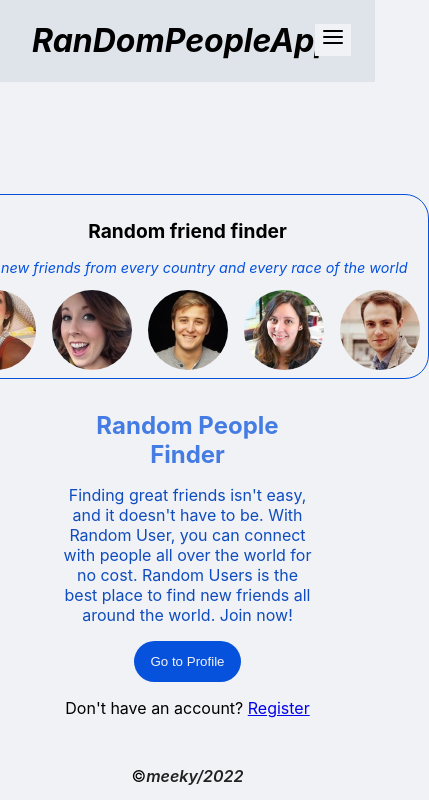
Repository: MikkyPrestige/RandomProfiles
Page: /
The author's editor kept a copy of each file at every save. The page is drawn from the files as they stood at one save, then again after the next save.
The browser window is 375 px wide. The page is 429 px wide, then 375 px, then 429 px, so the pictures cover 429 px, including what lies to the right of the window. The pictures show the whole page.
The project was rebuilt for these pictures with package versions that can differ from the ones it lists, and the page was loaded fresh each time. Also part of the build but not shown: src/components/users.jsx, src/assets/styles/search.css, src/components/search.jsx, src/assets/styles/help.css, src/components/help.jsx, src/assets/styles/about.css, src/components/about.jsx, src/assets/styles/error.css and 9 more.

Above is the page before, as saved 2022-12-06 22:49:03.

After the next save:
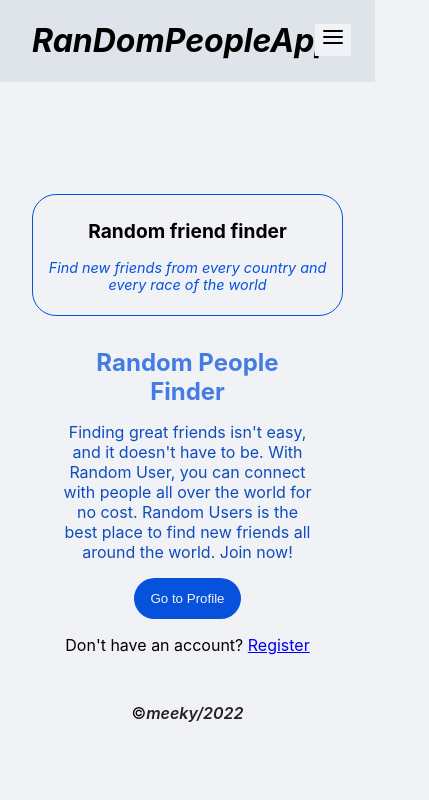
Saved 9 s later.
--- a/src/assets/styles/home.css
+++ b/src/assets/styles/home.css
@@ -85,7 +85,7 @@
     width: 80%;
   }
 
-  .home__img:nth-last-child(4) {
+  .home__img:nth-last-child(1) {
     display: none;
   }
 

After the save that followed:
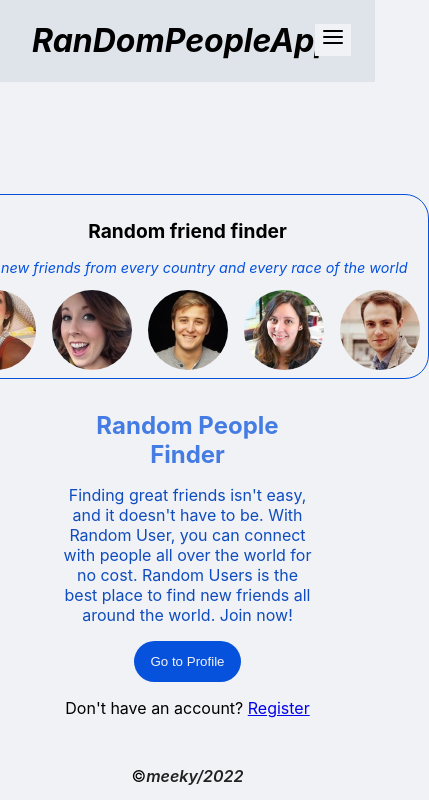
Saved 9 s later.
--- a/src/assets/styles/home.css
+++ b/src/assets/styles/home.css
@@ -85,7 +85,7 @@
     width: 80%;
   }
 
-  .home__img:nth-last-child(1) {
+  .home__img:nth-last-child(2) {
     display: none;
   }
 
